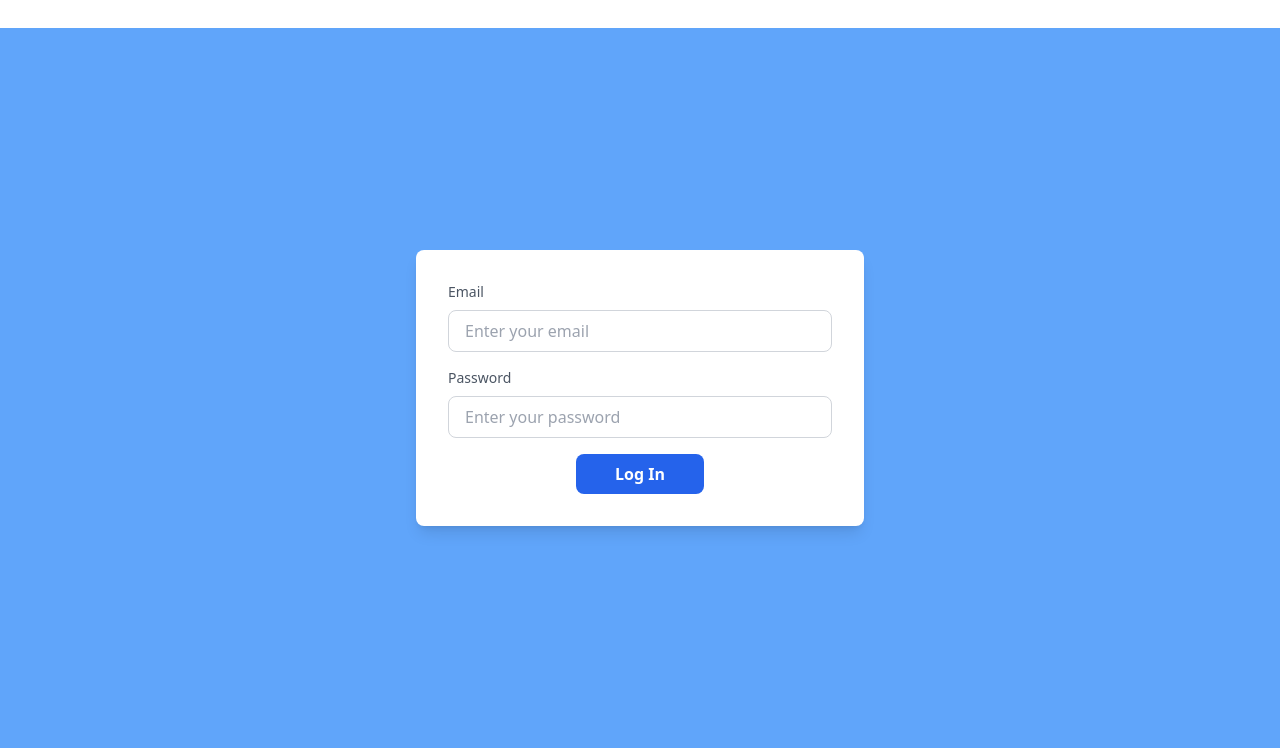
Repository: TEKVOLUTION-LTD/Admin-washKonnect
Page: / (app in Admin-WashKonnect/)
The author's editor kept a copy of each file at every save. The page is drawn from the files as they stood at one save, then again after the next save.
The browser window is 1280 px wide. The pictures show the whole page.
The project was rebuilt for these pictures with package versions that can differ from the ones it lists, and the page was loaded fresh each time. Also part of the build but not shown: Admin-WashKonnect/vite.config.js.

Above is the page before, as saved 2024-11-13 02:12:38.

### Admin-WashKonnect/src/App.jsx
import Login from './components/Login';
import './App.css'

function App() {


  return (
    <>
    <div className=''>    <Login /> </div>

    </>
  )
}

export default App

### Admin-WashKonnect/src/components/Login.jsx
import React, {useState} from 'react'

const Login = () => {


  const [email, setEmail] = useState('');
  const [password, setPassword] = useState('');

  const handleSubmit = (e) => {
    e.preventDefault();
    // Handle login logic here (e.g., authentication API call)
    console.log('Email:', email);
    console.log('Password:', password);
  };

  return (

    <>
<div className=''>


</div>
<h1 className='block font-bold text-lg text-white'>WashKonnect</h1>
    <div className="flex items-center justify-center min-h-screen bg-blue-400">


      <div className="w-full max-w-md p-8 space-y-6 bg-white rounded-lg shadow-lg">

        <form className="space-y-4" onSubmit={handleSubmit}>
          <div>
            <label htmlFor="email" className="block text-start text-sm font-medium text-gray-600">
              Email
            </label>
            <input
              type="email"
              id="email"
              value={email}
              onChange={(e) => setEmail(e.target.value)}
              required
              className="w-full px-4 py-2 mt-2 text-gray-800 border border-gray-300 rounded-lg focus:outline-none focus:ring-2 focus:ring-blue-500"
              placeholder="Enter your email"
            />
          </div>
          <div>
            <label htmlFor="password" className="block text-start text-sm font-medium text-gray-600">
              Password
            </label>
            <input
              type="password"
              id="password"
              value={password}
              onChange={(e) => setPassword(e.target.value)}
              required
              className="w-full px-4 py-2 mt-2 text-gray-800 border border-gray-300 rounded-lg focus:outline-none focus:ring-2 focus:ring-blue-500"
              placeholder="Enter your password"
            />
          </div>
          <button
            type="submit"
            className="w-1/3 px-4 py-2 font-semibold text-white bg-blue-600 rounded-lg hover:bg-blue-700 focus:outline-none focus:ring-2 focus:ring-blue-500 focus:ring-offset-2"
          >
            Log In
          </button>
        </form>
      </div>
    </div>


    </>
  )
}

export default Login

### Admin-WashKonnect/src/App.css
#root {
  max-width: 1280px;
  margin: 0 auto;

  text-align: center;
}

Loaded but not shown: Admin-WashKonnect/index.html (common file); Admin-WashKonnect/src/main.jsx (common file); Admin-WashKonnect/src/index.css (common file); Admin-WashKonnect/tailwind.config.js (common file)

After the next save:
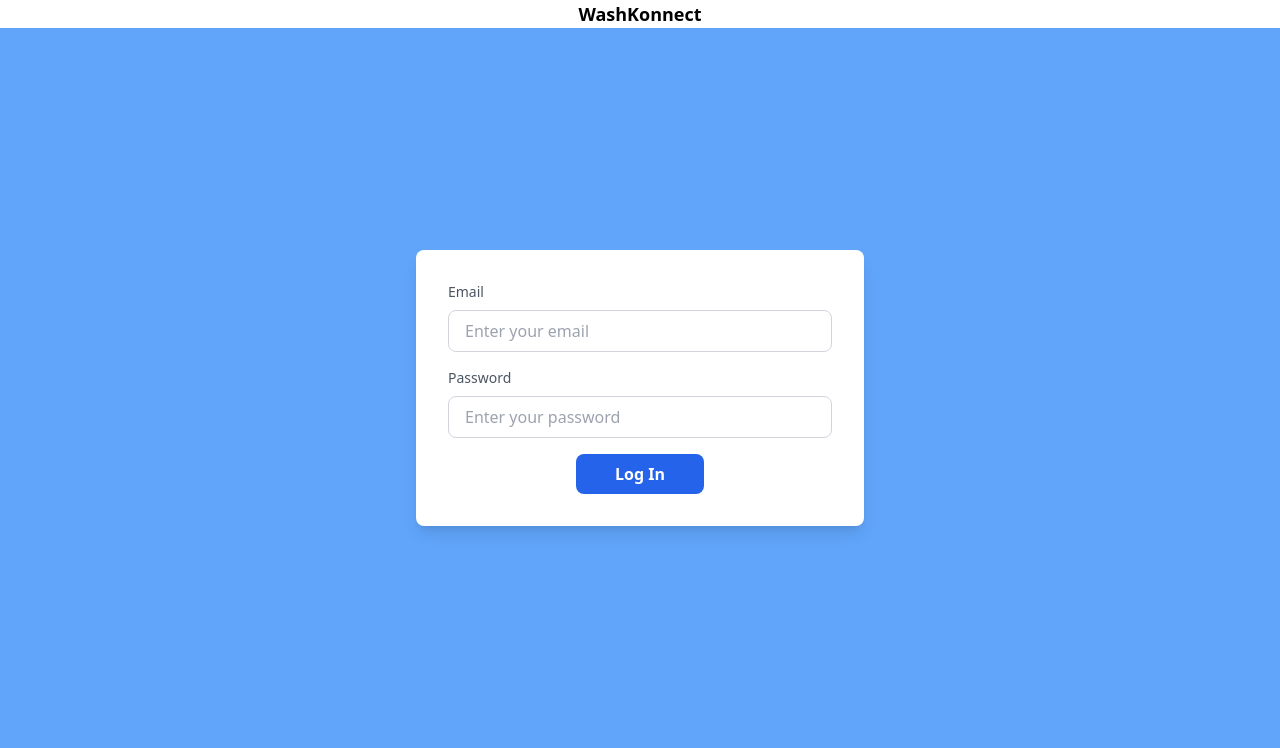
Saved 14 s later.
--- a/Admin-WashKonnect/src/components/Login.jsx
+++ b/Admin-WashKonnect/src/components/Login.jsx
@@ -20,7 +20,7 @@ const Login = () => {
 
 
 </div>
-<h1 className='block font-bold text-lg text-white'>WashKonnect</h1>
+<h1 className='block font-bold text-lg text-black'>WashKonnect</h1>
     <div className="flex items-center justify-center min-h-screen bg-blue-400">
 
 
